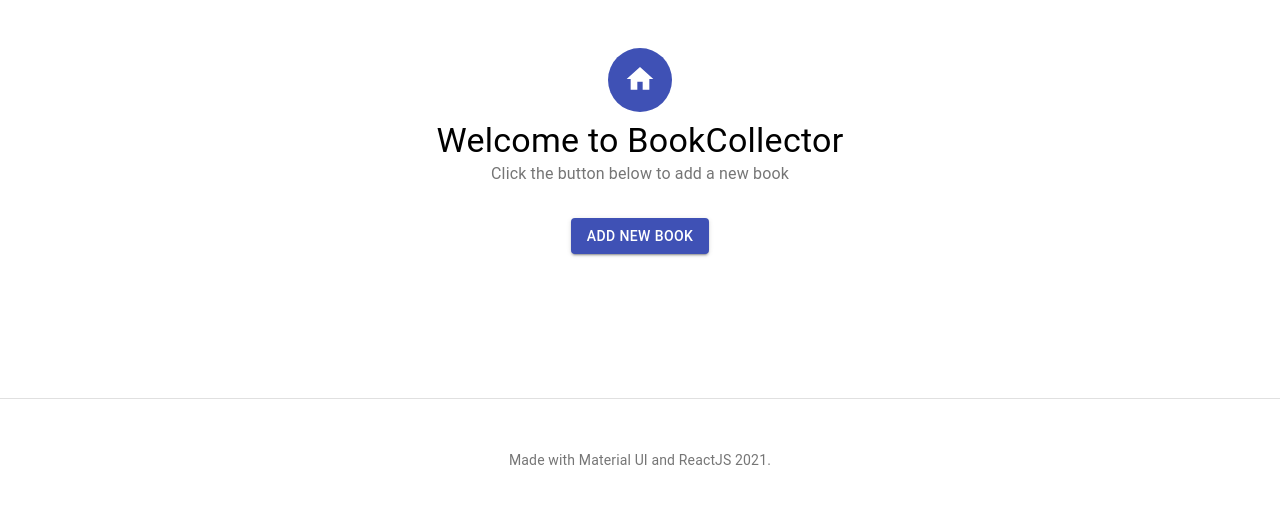
Repository: Colo-Codes/mini-project-react-book-collector
Page: /
An editor plug-in stored every save of this project. The page is shown before and after the next save, followed by the edit.
The browser window is 1280 px wide. The pictures show the whole page.
The project was rebuilt for these pictures with package versions that can differ from the ones it lists, and the page was loaded fresh each time. Also part of the build but not shown: src/Books/BooksGridItem.js, src/Books/AddBookForm.js.

Above is the page before, as saved 2021-08-25 14:10:30.

### src/App.js
import React, { useState } from 'react';

import { Box, Button, Divider, makeStyles } from '@material-ui/core';
import { Home } from '@material-ui/icons';

import AddBookForm from './Books/AddBookForm';
import Copyright from './UI/Copyright';
import Header from './UI/Header';
import BooksGrid from './Books/BooksGrid';

const useStyles = makeStyles(theme => ({
  paper: {
    marginTop: theme.spacing(5),
    display: 'flex',
    flexDirection: 'column',
    alignItems: 'center',
  },
  icon: {
    color: 'white',
    width: theme.spacing(4),
    height: theme.spacing(4),
  },
  button: {
    marginTop: theme.spacing(4),
    marginBottom: theme.spacing(18),

  },
  footer: {
    marginV: theme.spacing(4),
  },
}));

function App() {
  const [showAddBookForm, setShowAddBookForm] = useState(false);
  const [bookList, setBookList] = useState('');

  const classes = useStyles();

  const addNewBookHandler = () => {
    setShowAddBookForm(true);
  }

  const hideFormHandler = () => {
    setShowAddBookForm(false);
  }

  // 'Lifting state up' function
  const newBookHandler = newBook => {
    setBookList(prevBook => [...prevBook, newBook]);
  }

  // 'Lifting state up' function
  const deleteBookHandler = bookId => {
    setBookList(prevBook => prevBook.filter(book => book.id !== bookId));
  }

  return (
    <React.Fragment>
      <header className={classes.paper}>
        {showAddBookForm && <AddBookForm onNewBook={newBookHandler} onHideForm={hideFormHandler} />} {/* Conditional Rendering */}
        {!showAddBookForm && <Header headerIcon={<Home className={classes.icon} />} headerContent={'Welcome to BookCollector'} textContent={'Click the button below to add a new book'} />} {/* Conditional Rendering */}
        {!showAddBookForm && <Button variant="contained" color="primary" onClick={addNewBookHandler} className={classes.button} >Add new book</Button>} {/* Conditional Rendering */}
      </header>
      <main>
        <Divider></Divider>
        <BooksGrid bookList={bookList} onDeleteBook={deleteBookHandler} />
      </main>
      <footer>
        <Box my={8}><Copyright /></Box>
      </footer>
    </React.Fragment>
  );
}

export default App;

### src/UI/Copyright.js
import { Typography } from "@material-ui/core";
import { Link } from "@material-ui/core";

function Copyright() {
    return (
        <Typography variant="body2" color="textSecondary" align="center">
            {'Made with '}
            <Link color="inherit" href="https://material-ui.com/" target="_blank">
                Material UI
            </Link>{' and '}
            <Link color="inherit" href="https://reactjs.org/" target="_blank">
                ReactJS
            </Link>{' '}
            {new Date().getFullYear()}
            {'.'}
        </Typography>
    );
}

export default Copyright;

### src/UI/Header.js
import { Avatar, Typography, makeStyles } from "@material-ui/core";
import { Home } from '@material-ui/icons';

const useStyles = makeStyles(theme => ({
    paper: {
        // marginTop: theme.spacing(10),
        display: 'flex',
        flexDirection: 'column',
        alignItems: 'center',
    },
    avatar: {
        margin: theme.spacing(1),
        width: theme.spacing(8),
        height: theme.spacing(8),
        backgroundColor: theme.palette.primary.main,
    },
    lightGray: {
        color: theme.palette.text.secondary,
    },
}));

const Header = props => {
    const classes = useStyles();

    return (
        <div className={classes.paper}>
            <Avatar className={classes.avatar}>
                <div className={classes.icon}>{props.headerIcon}</div>
            </Avatar>
            <Typography variant="h4" component="h2">{props.headerContent}</Typography>
            <Typography variant="body1" className={classes.lightGray}>{props.textContent}</Typography>
        </div>
    );
}

export default Header;

### src/Books/BooksGrid.js
import { Container, Grid } from '@material-ui/core';
import { useState } from 'react';
import BooksGridItem from './BooksGridItem';

const BooksGrid = props => {

    return (
        <Container>
            <Grid container spacing={3} direction="row"
                justifyContent="center"
                alignItems="stretch">
                {props.bookList.length > 0 && props.bookList.map(bookItem =>
                    <BooksGridItem key={bookItem.id} id={bookItem.id} title={bookItem.title} author={bookItem.author} onDelete={props.onDeleteBook} />
                )}
            </Grid>
        </Container>
    );
}

export default BooksGrid;

Loaded but not shown: public/index.html (common file); src/index.js (common file); src/index.css (common file)

After the next save:
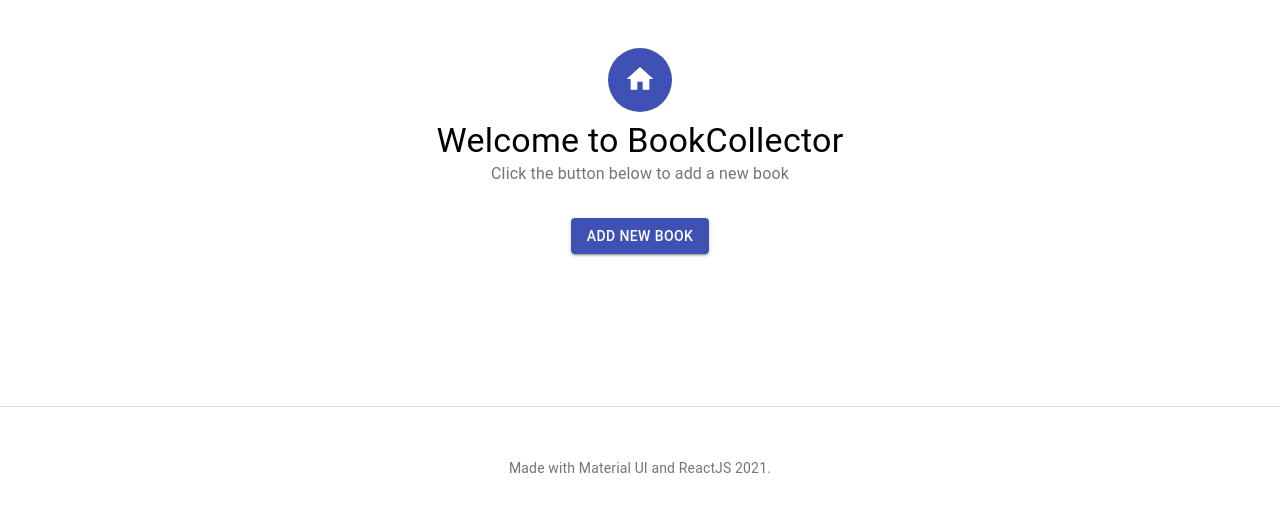
Saved 5 s later.
--- a/src/App.js
+++ b/src/App.js
@@ -22,7 +22,7 @@ const useStyles = makeStyles(theme => ({
   },
   button: {
     marginTop: theme.spacing(4),
-    marginBottom: theme.spacing(18),
+    marginBottom: theme.spacing(19),
 
   },
   footer: {
